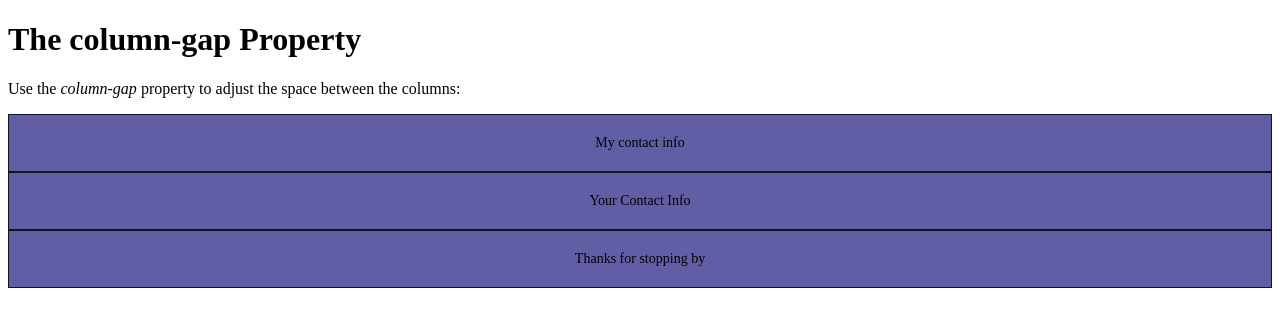
Repository: Melinda-Nanjad-Personal-Website/Personal-web
Page: test.html
An editor plug-in stored every save of this project. The page is shown before and after the next save, followed by the edit.
The browser window is 1280 px wide. The pictures show the whole page.

Above is the page before, as saved 2023-07-27 21:06:19.

After the next save:
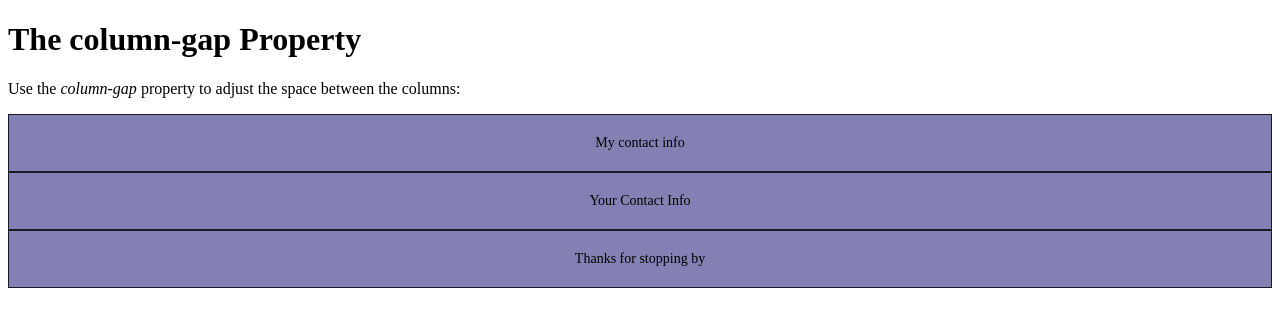
Saved 6 s later.
--- a/cf.css
+++ b/cf.css
@@ -38,7 +38,7 @@
 }
 
 .grid-item{
-  background-color: rgba(59, 54, 144, 0.8);
+  background-color: rgba(100, 97, 160, 0.8);
   border: 1px solid rgba(0, 0, 0, 0.8);
   padding: 20px;
   font-size: 14px;
